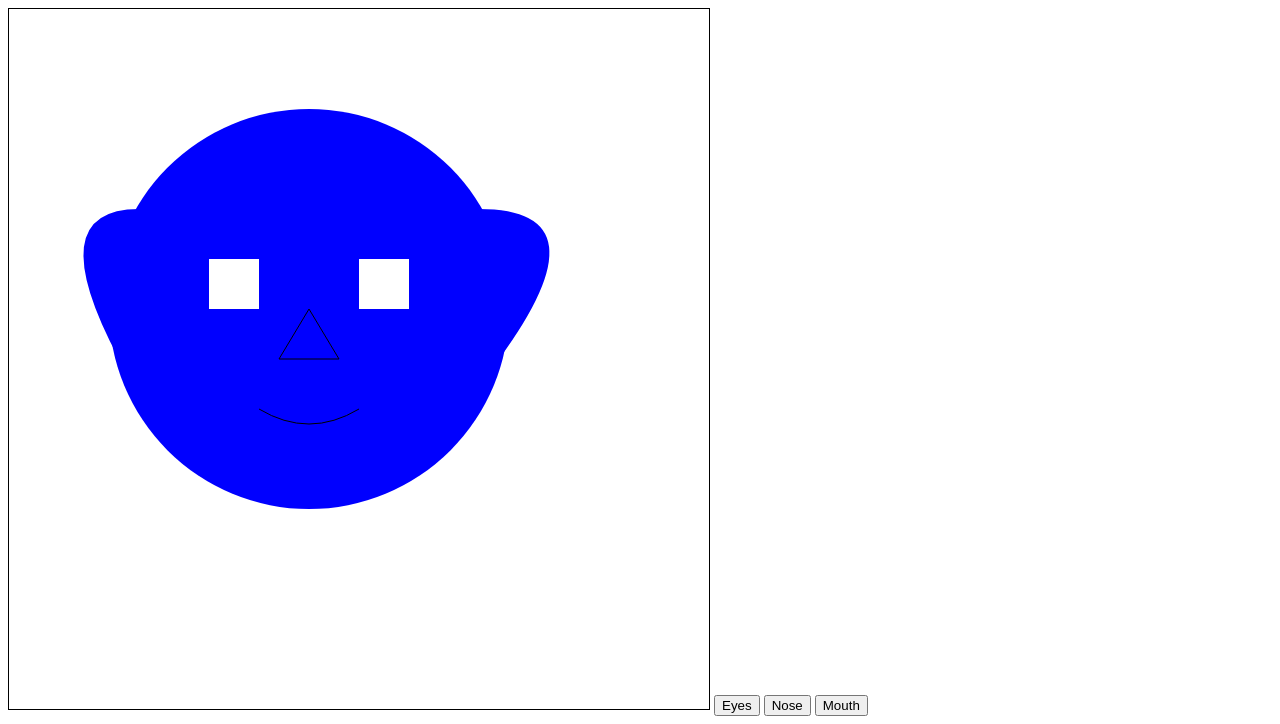
Repository: Chaimaa482/web2-tp1
Page: Tp1_1.html
The author's editor kept a copy of each file at every save. The page is drawn from the files as they stood at one save, then again after the next save.
The browser window is 1280 px wide. The pictures show the whole page.

Above is the page before, as saved 2024-02-19 10:34:56.

### Tp1_1.html
<!DOCTYPE html>
<html lang="en">
<head>
    <meta charset="UTF-8">
    <meta name="viewport" content="width=device-width, initial-scale=1.0">
    <title>Face Drawing</title>
</head>
<body>
    <canvas id="myCanvas" width="700px" height="700px" style="border: 1px solid;"></canvas>
    <button id="eyesButton">Eyes</button>
    <button id="noseButton">Nose</button>
    <button id="mouth">Mouth</button>
    <script>
        var canvas = document.getElementById("myCanvas");
        var ctx = canvas.getContext("2d");

        ctx.fillStyle = "blue";
        ctx.beginPath();
        ctx.arc(300, 300, 200, 0, Math.PI);
        ctx.arc(300, 300, 200, Math.PI, 2 * Math.PI);
        ctx.fill();
        ctx.fillStyle = "blue";
        ctx.beginPath();
        ctx.moveTo(110, 350);
        ctx.quadraticCurveTo(30, 200, 130, 200);
        ctx.moveTo(490, 350);
        ctx.quadraticCurveTo(600, 200, 470, 200);
        ctx.fill();
        ctx.fillStyle = "white";
        ctx.fillRect(200, 250, 50, 50);
        ctx.fillRect(350, 250, 50, 50);

        ctx.beginPath();
        ctx.moveTo(300, 300);
        ctx.lineTo(330, 350);
        ctx.lineTo(270, 350);
        ctx.closePath();
        ctx.stroke();

        ctx.beginPath();
        ctx.moveTo(250, 400);
        ctx.quadraticCurveTo(300, 430, 350, 400);
        ctx.stroke();

        document.getElementById("eyesButton").addEventListener("click", function() {
            ctx.fillStyle = "black";
            ctx.fillRect(200, 250, 50, 50);
            ctx.fillRect(350, 250, 50, 50);
        });

        document.getElementById("noseButton").addEventListener("click", function() {
            ctx.fillStyle = "black";
            ctx.beginPath();
        ctx.moveTo(300, 300);
        ctx.lineTo(330, 350);
        ctx.lineTo(270, 350);
        ctx.fill();
        ctx.stroke();

        });

        document.getElementById("mouth").addEventListener("click", function() {
            ctx.fillStyle = "red";
            ctx.beginPath();
            ctx.moveTo(250, 400);
            ctx.quadraticCurveTo(300, 430, 350, 400);
            ctx.fill();
            ctx.stroke();
        });
    </script>
</body>
</html>

After the next save:
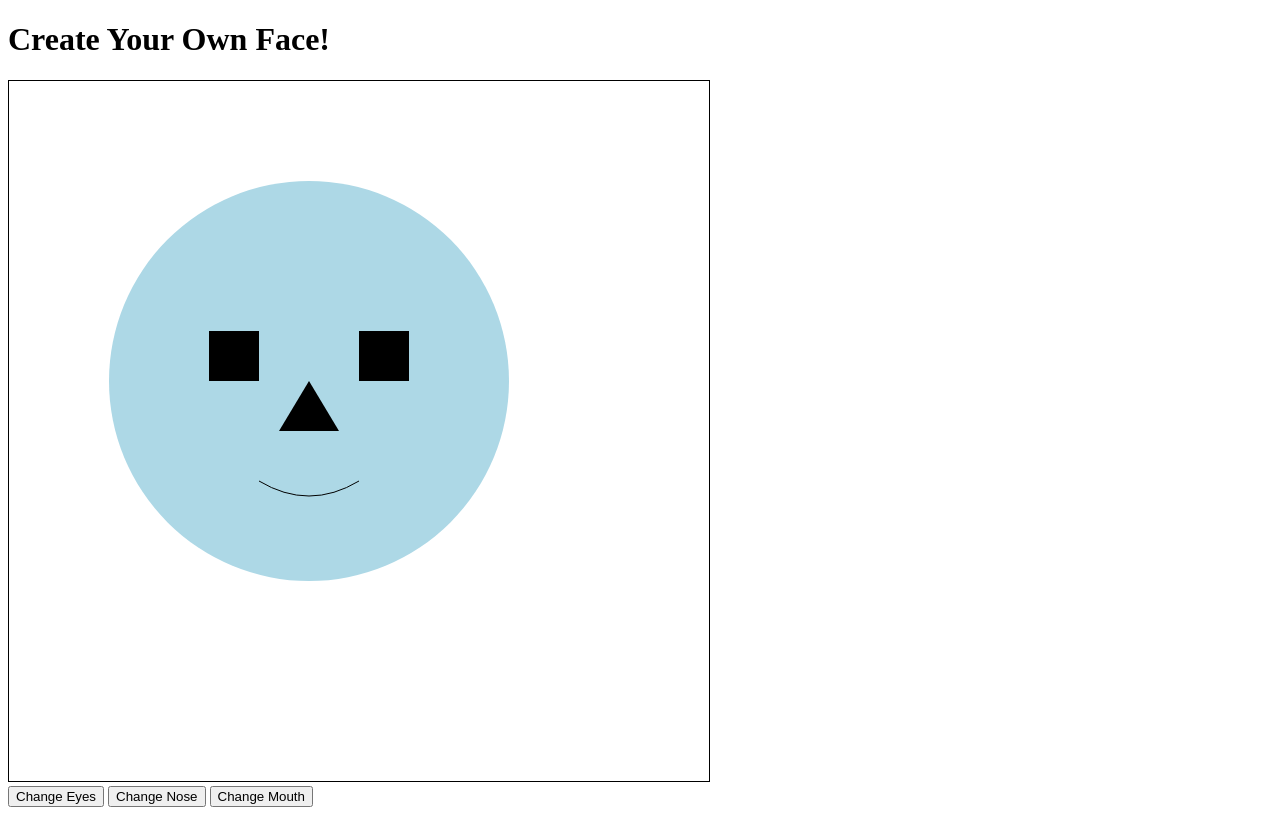
Saved 33 h 47 min later.
--- a/Tp1_1.html
+++ b/Tp1_1.html
@@ -3,68 +3,78 @@
 <head>
     <meta charset="UTF-8">
     <meta name="viewport" content="width=device-width, initial-scale=1.0">
-    <title>Face Drawing</title>
+    <title>Custom Face Drawing</title>
 </head>
 <body>
+    <h1>Create Your Own Face!</h1>
     <canvas id="myCanvas" width="700px" height="700px" style="border: 1px solid;"></canvas>
-    <button id="eyesButton">Eyes</button>
-    <button id="noseButton">Nose</button>
-    <button id="mouth">Mouth</button>
+    <br>
+    <button id="eyesButton">Change Eyes</button>
+    <button id="noseButton">Change Nose</button>
+    <button id="mouthButton">Change Mouth</button>
+
     <script>
         var canvas = document.getElementById("myCanvas");
         var ctx = canvas.getContext("2d");
 
-        ctx.fillStyle = "blue";
-        ctx.beginPath();
-        ctx.arc(300, 300, 200, 0, Math.PI);
-        ctx.arc(300, 300, 200, Math.PI, 2 * Math.PI);
-        ctx.fill();
-        ctx.fillStyle = "blue";
-        ctx.beginPath();
-        ctx.moveTo(110, 350);
-        ctx.quadraticCurveTo(30, 200, 130, 200);
-        ctx.moveTo(490, 350);
-        ctx.quadraticCurveTo(600, 200, 470, 200);
-        ctx.fill();
-        ctx.fillStyle = "white";
-        ctx.fillRect(200, 250, 50, 50);
-        ctx.fillRect(350, 250, 50, 50);
+        // Initial face drawing
+        drawFace();
 
-        ctx.beginPath();
-        ctx.moveTo(300, 300);
-        ctx.lineTo(330, 350);
-        ctx.lineTo(270, 350);
-        ctx.closePath();
-        ctx.stroke();
+        function drawFace() {
+            ctx.clearRect(0, 0, canvas.width, canvas.height);
 
-        ctx.beginPath();
-        ctx.moveTo(250, 400);
-        ctx.quadraticCurveTo(300, 430, 350, 400);
-        ctx.stroke();
+            // Draw face outline
+            ctx.fillStyle = "#add8e6"; // Light blue
+            ctx.beginPath();
+            ctx.arc(300, 300, 200, 0, Math.PI * 2);
+            ctx.fill();
 
-        document.getElementById("eyesButton").addEventListener("click", function() {
+            // Draw eyes
             ctx.fillStyle = "black";
+            ctx.fillRect(200, 250, 50, 50);
+            ctx.fillRect(350, 250, 50, 50);
+
+            // Draw nose
+            ctx.fillStyle = "black";
+            ctx.beginPath();
+            ctx.moveTo(300, 300);
+            ctx.lineTo(330, 350);
+            ctx.lineTo(270, 350);
+            ctx.fill();
+
+            // Draw mouth
+            ctx.strokeStyle = "black";
+            ctx.beginPath();
+            ctx.moveTo(250, 400);
+            ctx.quadraticCurveTo(300, 430, 350, 400);
+            ctx.stroke();
+        }
+
+        // Event listeners for button clicks
+        document.getElementById("eyesButton").addEventListener("click", function () {
+            ctx.clearRect(0, 0, canvas.width, canvas.height);
+            // Change eye color to green
+            ctx.fillStyle = "green";
             ctx.fillRect(200, 250, 50, 50);
             ctx.fillRect(350, 250, 50, 50);
         });
 
-        document.getElementById("noseButton").addEventListener("click", function() {
+        document.getElementById("noseButton").addEventListener("click", function () {
+            ctx.clearRect(0, 0, canvas.width, canvas.height);
+            // Draw a different nose shape
             ctx.fillStyle = "black";
             ctx.beginPath();
-        ctx.moveTo(300, 300);
-        ctx.lineTo(330, 350);
-        ctx.lineTo(270, 350);
-        ctx.fill();
-        ctx.stroke();
-
+            ctx.arc(300, 320, 15, 0, Math.PI * 2);
+            ctx.fill();
         });
 
-        document.getElementById("mouth").addEventListener("click", function() {
-            ctx.fillStyle = "red";
+        document.getElementById("mouthButton").addEventListener("click", function () {
+            ctx.clearRect(0, 0, canvas.width, canvas.height);
+            // Draw a smiling mouth
+            ctx.strokeStyle = "black";
             ctx.beginPath();
             ctx.moveTo(250, 400);
-            ctx.quadraticCurveTo(300, 430, 350, 400);
-            ctx.fill();
+            ctx.quadraticCurveTo(300, 450, 350, 400);
             ctx.stroke();
         });
     </script>
